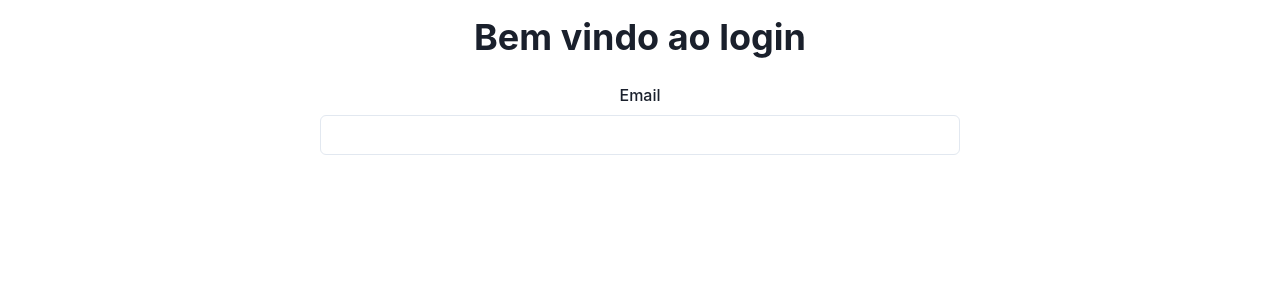
Repository: thislucasme/front-end-cats-react.js
Page: /login
The author's editor kept a copy of each file at every save. The page is drawn from the files as they stood at one save, then again after the next save.
The browser window is 1280 px wide. The pictures show the whole page.
The project was rebuilt for these pictures with package versions that can differ from the ones it lists, and the page was loaded fresh each time. Also part of the build but not shown: src/components/lista.gatos.tsx, src/components/menu.tsx, src/pages/cadastro.gatos.tsx, src/hooks/gato.hooks.ts, src/pages/busca.gatos.tsx.

Above is the page before, as saved 2021-10-27 16:27:47.

After the next save:
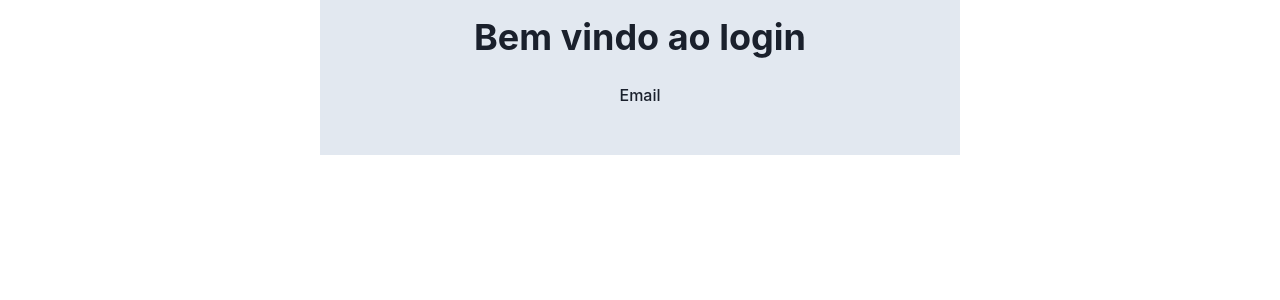
Saved 19 s later.
--- a/src/pages/login.tsx
+++ b/src/pages/login.tsx
@@ -5,7 +5,7 @@
 	return (
 		<Center>
 			<VStack w="full">
-				<VStack w="50%">
+				<VStack bg="gray.200" w="50%">
 					<Heading my={4}>Bem vindo ao login</Heading>
 					<FormLabel>Email</FormLabel>
 					<Input />

After the save that followed:
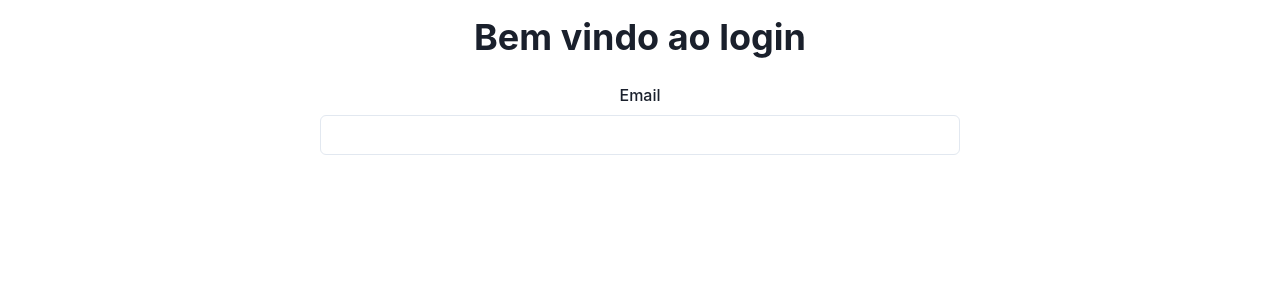
Saved 9 s later.
--- a/src/pages/login.tsx
+++ b/src/pages/login.tsx
@@ -5,7 +5,7 @@
 	return (
 		<Center>
 			<VStack w="full">
-				<VStack bg="gray.200" w="50%">
+				<VStack w="50%">
 					<Heading my={4}>Bem vindo ao login</Heading>
 					<FormLabel>Email</FormLabel>
 					<Input />
